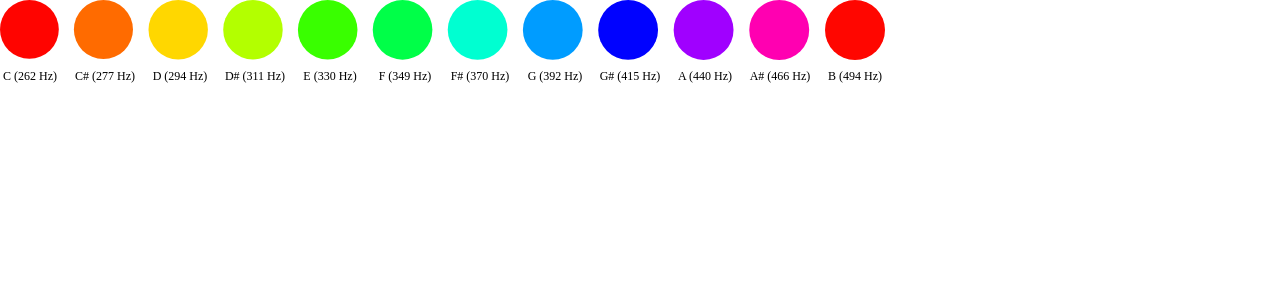
Repository: studiorichie/richielau.com
Page: assets/sound-to-color.html
An editor plug-in stored every save of this project. The page is shown before and after the next save, followed by the edit.
The browser window is 1280 px wide. The pictures show the whole page.

Above is the page before, as saved 2024-11-06 21:28:11.

After the next save:
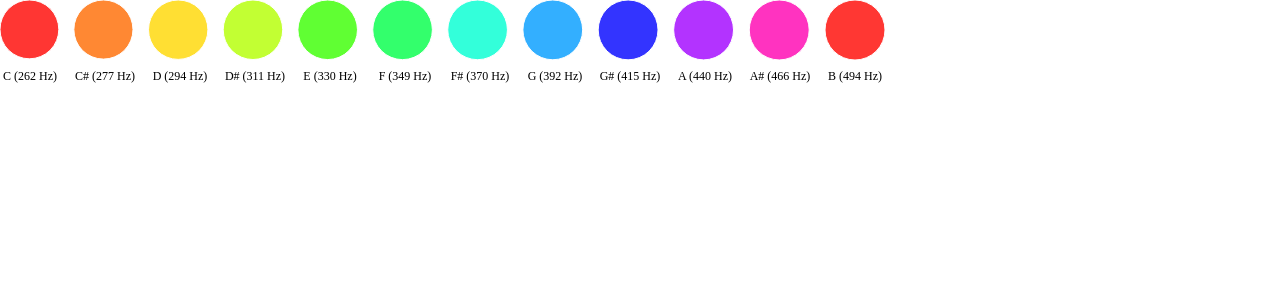
Saved 3 min 13 s later.
--- a/assets/sound-to-color.html
+++ b/assets/sound-to-color.html
@@ -13,7 +13,23 @@
             overflow: hidden;
         }
 
-
+        .svg-container {
+            display: flex;
+            justify-content: flex-start;
+            align-items: center;
+            width: 100%;
+            overflow: hidden;
+        }
+
+        .key-circle {
+            fill-opacity: 0.8;
+            stroke: rgb(255, 255, 255);
+            stroke-width: 1px;
+            cursor: pointer;
+            outline: none;
+            -webkit-tap-highlight-color: transparent;
+            transition: transform 0.2s, filter 0.2s, fill-opacity 0.2s;
+        }
 
         .key-circle[data-note="C"] {
             transform: scale(0.98);
@@ -124,7 +140,7 @@
         const group = svg.append("g");
 
 
-            group.selectAll("circle")
+        group.selectAll("circle")
             .data(keys)
             .enter()
             .append("circle")
@@ -163,12 +179,12 @@
 
         function shakeElement(element) {
             const originalTransform = element.attr("transform") || ""; // Get existing transform or set to empty
-            let shakeCount = 1; // Start from 0 shakes
-            const maxShakes = 20; // Number of shakes
+            let shakeCount = 0; // Start from 0 shakes
+            const maxShakes = 10; // Number of shakes
 
             const interval = setInterval(() => {
-                const randomX = (Math.random() - 100.5) * 1000; // Random jitter, increased range for visibility
-                const randomY = (Math.random() - 100.5) * 10000;
+                const randomX = (Math.random() - 0.5) * 10; // Smaller jitter for controlled shake
+                const randomY = (Math.random() - 0.5) * 10;
                 element.attr("transform", `${originalTransform} translate(${randomX}, ${randomY})`);
 
                 shakeCount++;
@@ -176,8 +192,9 @@
                     clearInterval(interval);
                     element.attr("transform", originalTransform); // Reset to original position
                 }
-            }, .1); // Delay between each shake, can be reduced to increase speed
-        }
+            }, 50); // Slightly slower interval for visible shaking
+        }
+
 
 
         function playMidiTone(midi) {
